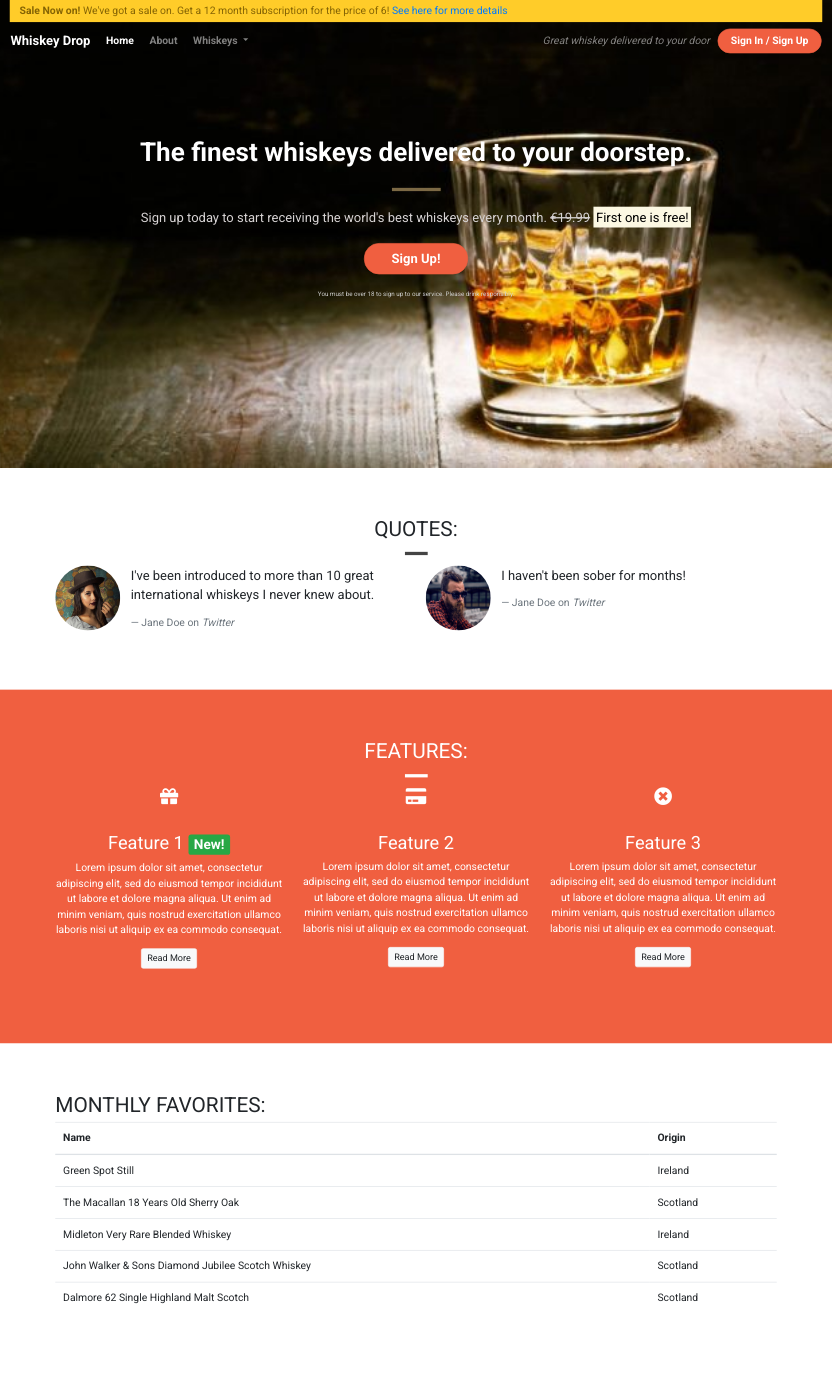
Repository: grisselfaura/BootstrappingYourNextBigIdea-BS4
Page: index.html
The author's editor kept a record of every edit. The page is drawn from the files as they stood at one moment, then again after the next edit.
The browser window is 1280 px wide. The pictures show the whole page, at 65% of full size.
Backgrounds fixed to the window are drawn as part of the page. Some web libraries are served in a nearby version.

Above is the page before.

### index.html
<!DOCTYPE html>
<html lang="en-us">

<head>
    <meta charset="utf-8">
    <meta name="viewport" content="width=device-width, initial-scale=1.0">
    <title>Whiskey Drop | Taste a new whiskey every month</title>
    <link rel="stylesheet" href="https://maxcdn.bootstrapcdn.com/bootstrap/4.1.3/css/bootstrap.min.css">
    <link rel="stylesheet" href="https://use.fontawesome.com/releases/v5.6.1/css/all.css" integrity="sha384-gfdkjb5BdAXd+lj+gudLWI+BXq4IuLW5IT+brZEZsLFm++aCMlF1V92rMkPaX4PP" crossorigin="anonymous">
    <link href="https://fonts.googleapis.com/css?family=Roboto:400,700&display=swap" rel="stylesheet">
    <link rel="stylesheet" href="css/style.css" type="text/css" />
</head>

<body>
    <div class="container-fluid navalert-container">
        <div class="container-fluid alert-container">
            <div class="row d-none d-sm-block">
                <div class="col-12">
                    <div class="site-wide-alert alert-warning">
                        <strong>Sale Now on!</strong> We've got a sale on. Get a 12 month subscription for the price of 6! <a href="">See here for more details</a>
                    </div>
                </div>
            </div>
        </div>
        <nav class="navbar navbar-dark navbar-expand-sm">
            <a href="/" class="navbar-brand">Whiskey Drop</a>

            <button class="navbar-toggler ml-auto" type="button" data-toggle="collapse" data-target="#navbarNavDropdown" aria-controls="navbarNavDropdown" aria-expanded="false" aria-label="Toggle navigation">
            <span class="navbar-toggler-icon"></span></button>

            <div class="collapse navbar-collapse" id="navbarNavDropdown">
                <ul class="navbar-nav mr-auto">
                    <li class="active nav-item mr-2"><a class="nav-link" href="/">Home</a></li>
                    <li class="nav-item mr-2"><a class="nav-link" href="">About</a></li>
                    <li class="nav-item dropdown">
                        <a class="nav-link dropdown-toggle" href="#" id="navbarDropdownMenuLink" role="button" data-toggle="dropdown" aria-haspopup="true" aria-expanded="false">
                  Whiskeys
            </a>
                        <div class="dropdown-menu" aria-labelledby="navbarDropdownMenuLink">
                            <a class="dropdown-item" href="#">Irish</a>
                            <a class="dropdown-item" href="#">Scotch</a>
                            <a class="dropdown-item" href="#">Japanese</a>
                            <a class="dropdown-item" href="#">American</a>
                        </div>
                    </li>

                    <li class="nav-item mr-2 d-block d-sm-none"><a class="nav-link" href="">Sign In / Sign Up</a></li>
                </ul>
            </div>
            <div class="d-none d-md-block">
                <p class="navbar-text my-auto mr-2"><i>Great whiskey delivered to your door</i></p>
                <a href="/login" class="btn btn--cta btn--red">Sign In / Sign Up</a>
            </div>
            <!--</div>-->
        </nav>
    </div>
    <!-- Callout -->
    <div class="container-fluid callout-container">
        <div class="opaque-overlay">&nbsp;</div>
        <div class="row">
            <div class="col-12">
                <section class="callout jumbotron text-center">
                    <h1 class="jumbotron-header">The finest whiskeys delivered to your doorstep.</h1>
                    <hr class="block-divider block-divider--orange">

                    <p class="lead">Sign up today to start receiving the world's best whiskeys every month.
                        <s class="d-none d-sm-inline">€19.99</s>
                        <span class="d-inline d-sm-none"><br></span>
                        <strong><mark>First one is free!</mark></strong></p>
                    <p><button class="btn btn-lg btn--cta btn--red" data-toggle="modal" data-target="#signUpModal">Sign Up!</button></p>
                    <p class="text-muted"><small>You must be over 18 to sign up to our service. Please drink responsibly.</small></p>
                </section>
            </div>
        </div>
    </div>
    <!-- /.callout -->

    <!-- Quotes -->
    <div class="container-wrapper">
        <div class="container quotes-container content-container">
            <section class="quotes">
                <div class="row">
                    <div class="col-12 page-header">
                        <h2 class="text-uppercase">Quotes:</h2>
                        <hr class="block-divider block-divider--short">
                    </div>
                </div>
                <div class="row">
                    <div class="col-12 col-md-6">
                        <div class="media">
                            <div class="d-none d-sm-block">
                                <img src="images/girl-image.png" class="rounded-circle mr-3" height=100 width=100>
                            </div>
                            <div class="media-body">
                                <blockquote class="blockquote">
                                    <p>I've been introduced to more than 10 great international whiskeys I never knew about.</p>
                                    <footer class="blockquote-footer">Jane Doe on <cite title="Twitter">Twitter</cite></footer>
                                </blockquote>
                            </div>
                        </div>
                    </div>
                    <div class="col-12 col-md-6">
                        <div class="media">
                            <div class="d-none d-sm-block">
                                <img src="images/guy-image.png" class="rounded-circle mr-3" height=100 width=100>
                            </div>
                            <div class="media-body">
                                <blockquote class="blockquote">
                                    <p>I haven't been sober for months!</p>
                                    <footer class="blockquote-footer">Jane Doe on <cite title="Twitter">Twitter</cite></footer>
                                </blockquote>
                            </div>
                        </div>
                    </div>
                </div>
            </section>
            <!-- /.quotes -->
        </div>
    </div>
    <!-- Features -->
    <div class="container-wrapper container-wrapper--red">
        <div class="container features-container content-container">
            <section class="features">
                <div class="row">
                    <div class="col-12 page-header">
                        <h2 class="text-uppercase">Features:</h2>
                        <hr class="block-divider block-divider--short block-divider--white">
                    </div>
                </div>
                <div class="row">
                    <div class="col-12 col-md-6 col-lg-4">
                        <div class="feature">
                            <h3><i class="fas fa-gift d-none d-sm-block"></i> Feature 1 <span class="badge badge-success">New!</span></h3>
                            <p>Lorem ipsum dolor sit amet, consectetur adipiscing elit, sed do eiusmod tempor incididunt ut labore et dolore magna aliqua. Ut enim ad minim veniam, quis nostrud exercitation ullamco laboris nisi ut aliquip ex ea commodo consequat.</p>
                            <p><a class="btn btn-sm btn-light" href="">Read More</a></p>
                        </div>
                    </div>
                    <div class="col-12 col-md-6 col-lg-4">
                        <div class="feature">
                            <h3><i class="fas fa-credit-card d-none d-sm-block"></i> Feature 2</h3>
                            <p>Lorem ipsum dolor sit amet, consectetur adipiscing elit, sed do eiusmod tempor incididunt ut labore et dolore magna aliqua. Ut enim ad minim veniam, quis nostrud exercitation ullamco laboris nisi ut aliquip ex ea commodo consequat.</p>
                            <p><a class="btn btn-sm btn-light" href="">Read More</a></p>
                        </div>
                    </div>
                    <div class="col-12 d-md-none d-lg-block col-lg-4">
                        <div class="feature">
                            <h3><i class="fas fa-times-circle d-none d-sm-block"></i> Feature 3</h3>
                            <p>Lorem ipsum dolor sit amet, consectetur adipiscing elit, sed do eiusmod tempor incididunt ut labore et dolore magna aliqua. Ut enim ad minim veniam, quis nostrud exercitation ullamco laboris nisi ut aliquip ex ea commodo consequat.</p>
                            <p><a class="btn btn-sm btn-light" href="">Read More</a></p>
                        </div>
                    </div>
                </div>
            </section>
            <!-- /.features -->
        </div>
    </div>

 <!-- Monthly favorites -->
    <div class="container-wrapper">
        <div class="container quotes-container content-container">
            <section class="Monthly favorites">
                <h2 class="text-uppercase">Monthly favorites:</h2>
                <table class="table">
                    <thead>
                        <tr>
                            <th scope="col">Name</th>
                            <th scope="col">Origin</th>
                        </tr>
                    </thead>
                    <tbody>
                        <tr>
                            <td>Green Spot Still</td>
                            <td>Ireland</td>
                        </tr>
                        <tr>
                            <td>The Macallan 18 Years Old Sherry Oak</td>
                            <td>Scotland</td>
                        </tr>
                        <tr>
                            <td>Midleton Very Rare Blended Whiskey</td>
                            <td>Ireland</td>
                        </tr>
                        <tr>
                            <td>John Walker & Sons Diamond Jubilee Scotch Whiskey</td>
                            <td>Scotland</td>
                        </tr>
                        <tr>
                            <td>Dalmore 62 Single Highland Malt Scotch</td>
                            <td>Scotland</td>
                        </tr>
                    </tbody>
                </table>
            </section>
        </div>
    </div>

    <div class="modal" tabindex="-1" role="dialog" id="signUpModal">
        <div class="modal-dialog" role="document">
            <div class="modal-content">
                <div class="modal-header">
                    <h5 class="modal-title">Sign Up To Whiskey Drop!</h5>
                    <button type="button" class="close" data-dismiss="modal" aria-label="Close">
          <span aria-hidden="true">&times;</span>
        </button>
                </div>
                <div class="modal-body">
                    <form>
                        <div class="form-group">
                            <label for="exampleInputEmail1">Email address</label>
                            <input type="email" class="form-control" id="exampleInputEmail1" aria-describedby="emailHelp" placeholder="Enter email">
                            <small id="emailHelp" class="form-text text-muted">We'll never share your email with anyone else.</small>
                        </div>
                        <div class="form-group">
                            <label for="password">Password</label>
                            <input type="password" class="form-control" id="password" placeholder="Password">
                        </div>
                        <div class="form-group">
                            <label for="repeatPassword">Repeat Password</label>
                            <input type="password" class="form-control" id="repeatPassword" placeholder="Repeat Password">
                        </div>
                        <button type="submit" class="btn btn-success">Submit</button>
                    </form>
                </div>
            </div>
        </div>
    </div>

    <script src="https://code.jquery.com/jquery-3.3.1.slim.min.js" integrity="sha384-q8i/X+965DzO0rT7abK41JStQIAqVgRVzpbzo5smXKp4YfRvH+8abtTE1Pi6jizo" crossorigin="anonymous"></script>
    <script src="https://cdnjs.cloudflare.com/ajax/libs/popper.js/1.14.3/umd/popper.min.js" integrity="sha384-ZMP7rVo3mIykV+2+9J3UJ46jBk0WLaUAdn689aCwoqbBJiSnjAK/l8WvCWPIPm49" crossorigin="anonymous"></script>
    <script src="https://stackpath.bootstrapcdn.com/bootstrap/4.1.3/js/bootstrap.min.js" integrity="sha384-ChfqqxuZUCnJSK3+MXmPNIyE6ZbWh2IMqE241rYiqJxyMiZ6OW/JmZQ5stwEULTy" crossorigin="anonymous"></script>
</body>

</html>

### css/style.css
body {
    font-family: 'Roboto', sans-serif;
}

.container-wrapper {}

.container-wrapper--red {
    background-color: #f05f40;
    color: white;
}

.alert-container .col-12{
    padding-left: 0
    padding-right:0;
}

.site-wide-alert {
    border-radius: 0;
    margin-bottom: 0;
    padding: 5px 15px;
    background-color: #ffcc29;
    border-color: #ffcc29;
}

.callout-container {
    height:100vh;
    background: url("../images/Whiskey-background.jpg") no-repeat bottom right fixed;
      -webkit-background-size: cover;
      -moz-background-size: cover;
      -o-background-size: cover;
      background-size: cover;
      display: flex;
      align-items: center;
      justify-content: center;
      position: relative;
}

.opaque-overlay {
    position: absolute;
    top: 0;
    left: 0;
    height: 100%;
    width: 100%
    background-color: rgba(0,0,0,0.5);
}
.quotes-container {}

.features-container {}

/*Page headers*/

.page-header {
    margin bottom: 0;
    border bottom: 0;
    text-align: center;
}

.page-header h2 {
    margin top: 0;
}

/*Block-dividers*/

.block-divider {
    width: 75px;
    height: 5px;
    border: 0;
    background-color: #444;
}

.block-divider--orange {
    background-color: #7c6945;
}

.block-divider--white {
    background-color: white
}

.block-divider--short {
    width: 35px;
}

/*Content containers*/

.content-container {
    padding-top: 75px;
    padding-bottom: 75px;
}

/*Navbar*/

.navalert-container {
    position: absolute;
    top: 0;
    left: 0;
    padding-left: 0;
    padding-right: 0;
    z-index: 1;
}

.navbar {
    margin-bottom: 0;
    border: 0;
    width: 100%;
    background-color: rgba(0,0,0,0.25);
}

.navbar .navbar-toggler {
    border:0;
}

.navbar-brand {
    font-weight: bold;
}

.navbar .navbar-nav a {
    font-weight: bold;
}
/*Jumbotron*/
.jumbotron {
    background-color: transparent;
}

.jumbotron-header {
    color: white;
    font-weight: bold;
    margin-bottom: 30px;
}

.jumbotron .lead {
    margin: 25px;
    color: #d7d3d3;
}

.jumbotron small {
    font-size: 60%;
    font-size: italic;
    color: #d0d0d0;
}

/*Buttons*/
.btn--cta {
    font-weight: bold;
    border-radius: 23px;
    width: 160px;
}

.btn--red {
    color: white;
    background-color: #f05f40;
    border-color:#f05f40;
}

.btn-red:hover,
.btn--red:active,
.btn--red:focus,
.btn--red:active:hover {
    background-color: #c38f84;
    border-color: #c38f84;
}

.feature {
    text-align: center;
    margin-bottom : 40px;
}

.feature i {
    text-align: center;
    margin-bottom : 40px;
}

After the next edit:
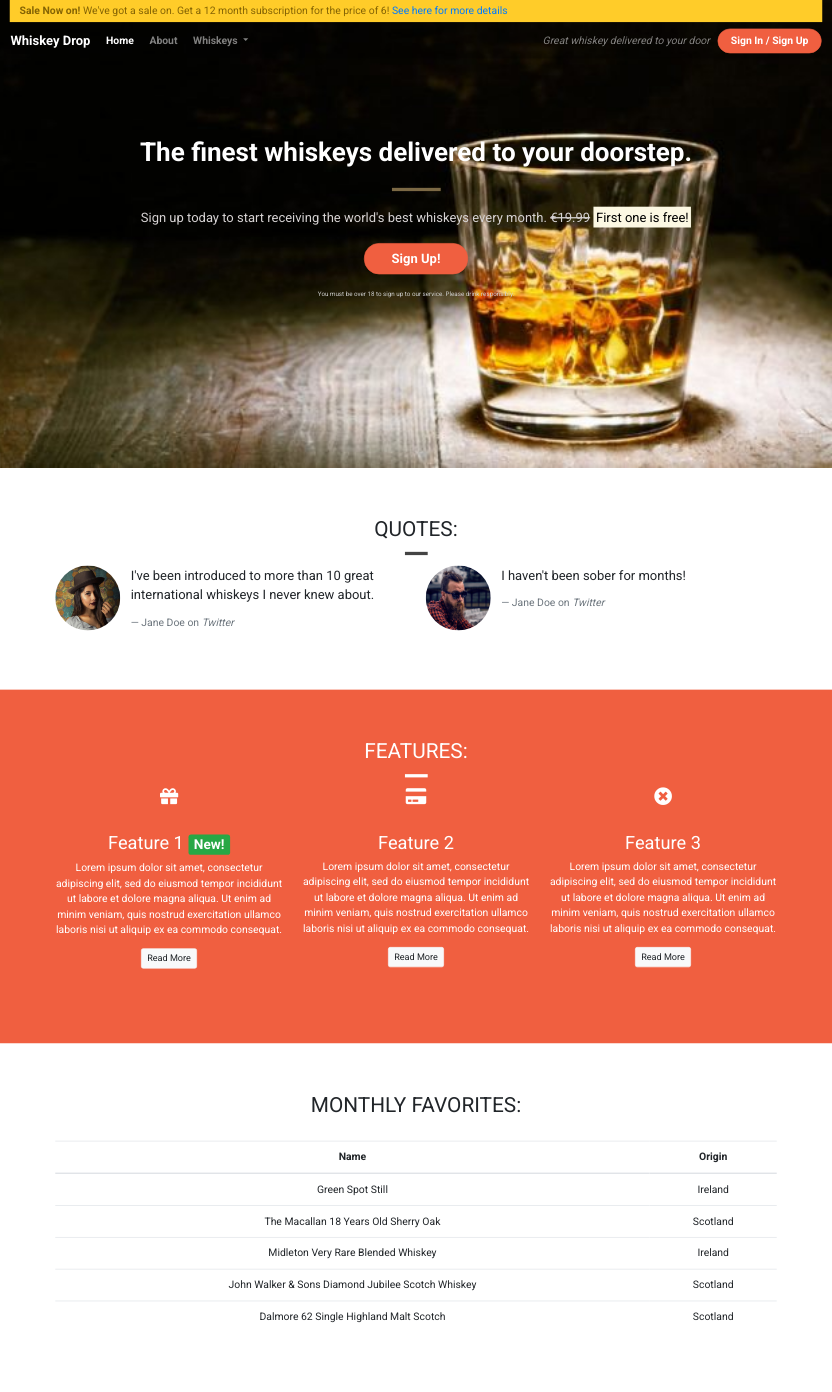
The edit:
--- a/index.html
+++ b/index.html
@@ -159,7 +159,10 @@
     <div class="container-wrapper">
         <div class="container quotes-container content-container">
             <section class="Monthly favorites">
+                 <div class="row">
+                    <div class="col-12 page-header">
                 <h2 class="text-uppercase">Monthly favorites:</h2>
+                <hr class="block-divider block-divider--short block-divider--white">
                 <table class="table">
                     <thead>
                         <tr>
